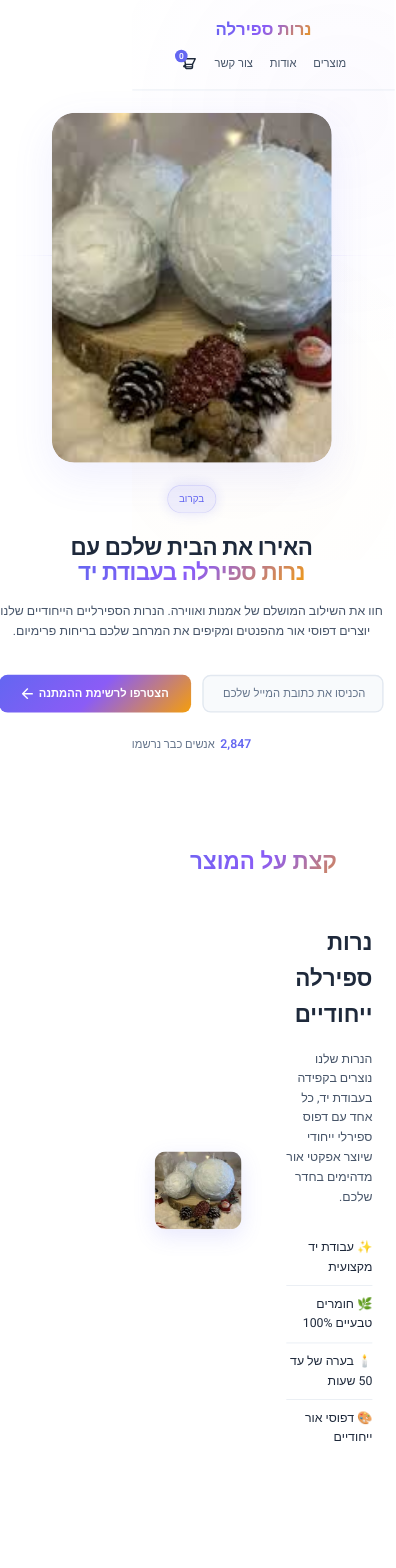
Repository: AvitaRoi/spiralcandles
Page: index.html
The author's editor kept a copy of each file at every save. The page is drawn from the files as they stood at one save, then again after the next save.
The browser window is 375 px wide. The page is 565 px wide, then 375 px, so the pictures cover 565 px, including what lies to the right of the window. The pictures show the part of the page from y = 0 to 2240 px (the page is 4863 px tall before and 4952 px after), at 70% of full size.

Above is the page before, as saved 2025-09-21 20:05:26.

After the next save:
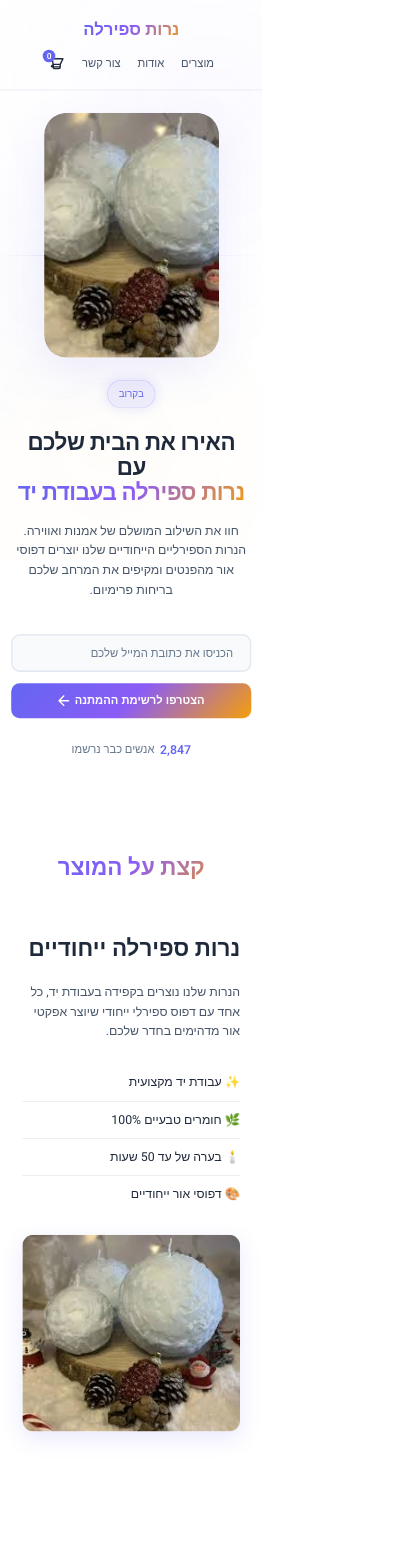
Saved 23 s later.
--- a/styles.css
+++ b/styles.css
@@ -599,14 +599,9 @@
         order: -1;
     }
 
-    .candle-mockup {
-        width: 200px;
-        height: 300px;
-    }
-
-    .spiral-candle {
-        width: 80px;
-        height: 200px;
+    .product-image-container {
+        width: 300px;
+        height: 400px;
     }
 
     .hero-title {
@@ -617,11 +612,11 @@
         font-size: 1.1rem;
     }
 
-    .action-buttons {
+    .input-group {
         flex-direction: column;
     }
 
-    .quantity-selector {
+    .submit-btn {
         justify-content: center;
     }
 
@@ -629,11 +624,16 @@
         justify-content: center;
     }
 
+    .preview-content {
+        grid-template-columns: 1fr;
+        gap: 2rem;
+    }
+
     .section-title, .features-title {
         font-size: 2rem;
     }
 
-    .products-grid, .features-grid, .testimonials-grid {
+    .features-grid, .benefits-list {
         grid-template-columns: 1fr;
     }
 
@@ -653,19 +653,17 @@
         font-size: 2rem;
     }
 
-    .price {
-        font-size: 2rem;
-    }
-
-    .feature-card, .product-card, .testimonial-card {
+    .product-image-container {
+        width: 250px;
+        height: 350px;
+    }
+
+    .feature-card, .benefit-item {
         padding: 1.5rem;
     }
 
-    .product-info {
+    .benefit-item {
+        flex-direction: column;
         text-align: center;
     }
-
-    .product-price {
-        justify-content: center;
-    }
-}
+}
